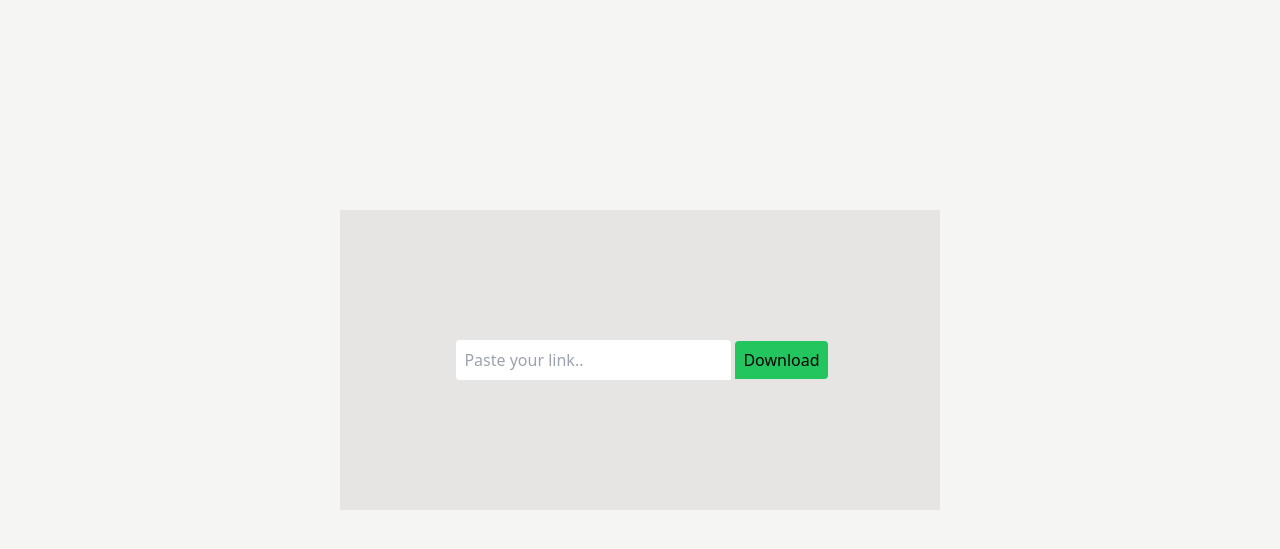
Repository: hsumyatm7308/downloadfile-laravel
Page: http://localhost/remote-download
These files come from the project's save history. The page is drawn as it stood at one moment and after a run of saves; the edit follows.
The browser window is 1280 px wide. The pictures show the whole page.
Some web libraries are served in a nearby version. The page is served by the project's Laravel application, run on PHP 8.4 with Laravel 10.

Above is the page before, as saved 2023-08-03 13:47:24.

After the next 3 saves:
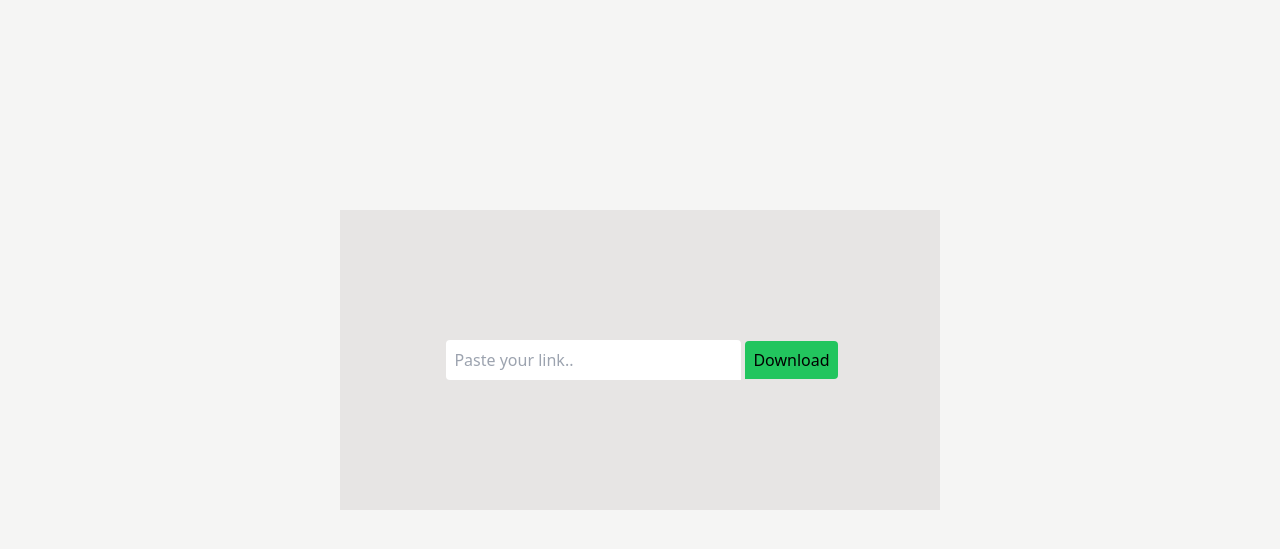
The 3 saves are shown as one change because 2 did not build or start.
The last was saved 9 min 13 s later.
--- a/app/Http/Controllers/downloadController.php
+++ b/app/Http/Controllers/downloadController.php
@@ -22,13 +22,11 @@
                     ],
                 ]);
 
-                // Set the appropriate headers for the download response
-                header('Content-Type: application/octet-stream');
-                header("Content-Disposition: attachment; filename=\"$filename\"");
+                // Save the file to the local server
+                $filePath = public_path($filename); // Adjust the path as needed
+                file_put_contents($filePath, $response->getBody());
 
-                // Output the remote file content directly to the response
-                echo $response->getBody();
-                exit;
+                return response()->download($filePath, $filename);
             } catch (\Exception $e) {
                 // Handle any errors (e.g., invalid URL, connection issues) here
                 return response('Download failed: ' . $e->getMessage(), 500);
--- a/resources/views/filetype.blade.php
+++ b/resources/views/filetype.blade.php
@@ -13,7 +13,7 @@
         <div class="w-[600px] h-[300px] bg-stone-200">
             <form action="{{route('download.remote')}}" method="get" class=" w-full h-full flex justify-center items-center">
 
-                <input type="text" name="download_url" placeholder="Paste your link.." class="rounded-tl rounded-tr rounded-bl pl-2 pr-9 py-2 m-1 focus:outline-none">
+                <input type="text" name="download_url" placeholder="Paste your link.." class="rounded-tl rounded-tr rounded-bl pl-2 pr-14 py-2 m-1 focus:outline-none">
                 <button type="submit" class=" bg-green-500 rounded-tl rounded-tr rounded-br px-2 py-[7px]">Download</button>
             </form>
         </div>
